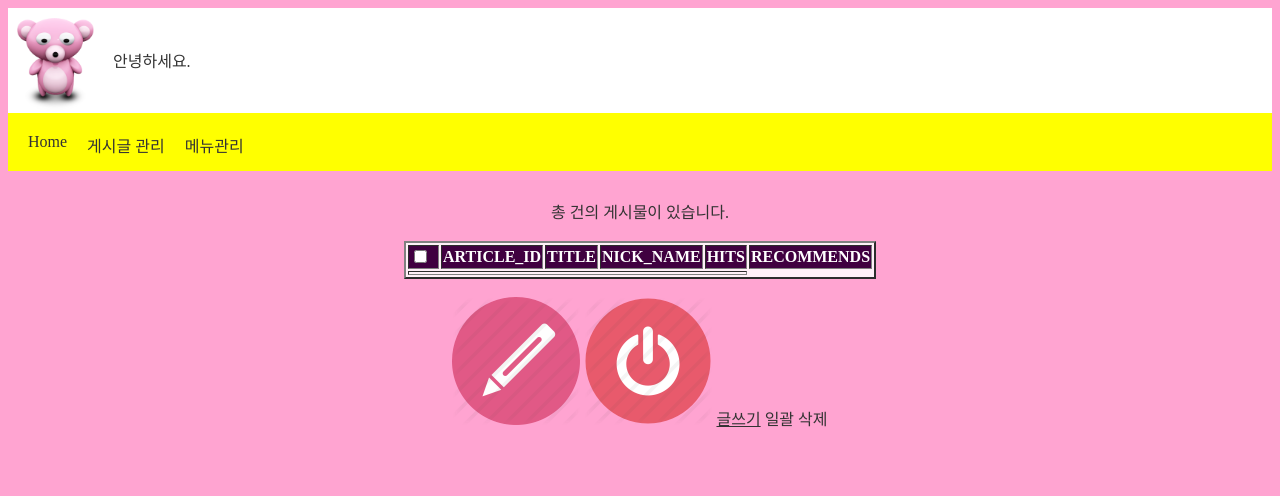
Repository: BaekJiGyeong/JSP_web
Page: http://localhost/Article-admin/WEB-INF/view/article/list.jsp
The author's editor kept a copy of each file at every save. The page is drawn from the files as they stood at one save, then again after a run of saves.
The browser window is 1280 px wide. The pictures show the whole page.
The page is served by Tomcat 9. Nobody is signed in. Other server files are loaded and not shown. The template is opened directly, without the code that normally fills it, so the values that code supplies are empty.

Above is the page before, as saved 2016-03-15 06:39:35.

### Article-admin/WebContent/WEB-INF/view/article/list.jsp
<%@ page language="java" contentType="text/html; charset=UTF-8"
    pageEncoding="UTF-8"%>

<%@taglib prefix="c" uri="http://java.sun.com/jsp/jstl/core" %>
<jsp:include page="/WEB-INF/view/common/header.jsp"></jsp:include>
<!DOCTYPE html>
<html>
<head>
<meta http-equiv="Content-Type" content="text/html; charset=UTF-8">
<title>Insert title here</title>
</head>

<script type="text/javascript">
	$(document).ready(function(){
		$("#massiveSelectCheckBox").click(function(){
			 var isChecked = $(this).prop("checked");
			 $(".deleteArticleId").prop("checked",isChecked);
		});


		$("#massiveDeleteBtn").click(function(){
			var isChecked = false;

			$(".deleteArticleId").each(function(index,data){

				if (data.checked ) {
					isChecked = data.checked
				}
			});

			 if (!isChecked){
			alert("삭제할 대상을 선택하세요");
			return;
		}
			if(confirm("정말 삭제하시겠습니까?")){
				var form=$("#massiveDeleteForm");
				form.attr("method", "POST");
				form.attr("action", "<c:url value="/massiveDelete"/>");
				form.submit();
			}
		});
	});
</script>

<body>
<div id="listcss" align="center">
<br/>
 총 ${articles.paging.totalArticleCount} 건의 게시물이 있습니다.
<br/><br/>

<table border="2">
	<tr>
		<th><input type="checkbox" id="massiveSelectCheckBox"/></th>
		<th>ARTICLE_ID</th>
		<th>TITLE</th>
		<th>NICK_NAME</th>
		<th>HITS</th>
		<th>RECOMMENDS</th>
	</tr>

<form id="massiveDeleteForm">
<c:forEach items="${ articles.articleList }" var="articles">
	<tr>
		<td>
			<input type="checkbox" class="deleteArticleId"
					name = "deleteArticleId"
					value ="${articles.articleId }"/>
		</td>
		<td>${ articles.articleId }</td>
		<td>
			<a href="<c:url value="/detail?articleId=${articles.articleId }"/>">
				${ articles.title }
			</a>
			<c:if test="${articles.fileCount gt 0 }">
				[${articles.fileCount}개의 첨부파일 있음]
			</c:if>
		</td>
		<td>${ articles.nickName }</td>
		<td>${ articles.hits }</td>
		<td>${ articles.recommends }</td>
</tr>
</c:forEach>
</form>

<tr>
	<td colspan="5">
		<form id="searchForm">
		${articles.paging.getPagingList("pageNo","[@]","[이전]", "[다음]", "searchForm")}
		</form>
	</td>
</tr>
</table>
<br/>
<a href="<c:url value="/write"/>"><img src="<c:url value="/resource/img/write.png"/>" id="btnWrite" /></a>
<a href="<c:url value="/logout"/>"><img src="<c:url value="/resource/img/exit.png"/>" id="btnExit" /></a>

<a href="<c:url value="/write"/>">글쓰기</a>
<span id="massiveDeleteBtn" >일괄 삭제</span>


</br>
</div>

<jsp:include page="/WEB-INF/view/common/footer.jsp"></jsp:include>

### Article-admin/WebContent/WEB-INF/view/common/header.jsp
<%@ page language="java" contentType="text/html; charset=UTF-8"
    pageEncoding="UTF-8"%>
<%@ taglib prefix="c" uri="http://java.sun.com/jsp/jstl/core" %>
<!DOCTYPE html>
<html>
<head>
<meta http-equiv="Content-Type" content="text/html; charset=UTF-8">
<link rel="stylesheet" type="text/css" href="<c:url value="/resource/css/header.css"/>"/>
<link rel="stylesheet" type="text/css" href="<c:url value="/resource/css/login.css"/>"/>
<script type="text/javascript" src="<c:url value="/resource/js/jquery-1.12.1.js"/>"></script>


<title>관리자페이지</title>
</head>
<body>

	<div id="wrapper">

		<div id="header">


			<a href="<c:url value="/list"/>"><img src="<c:url value= "/resource/img/icon.png"/>"></a> <div>안녕하세요.</div>

		</div>
		<div class="clear"></div>
		<jsp:include page="/WEB-INF/view/common/topMenu.jsp"></jsp:include>
		<div class="clear"></div>

### Article-admin/WebContent/WEB-INF/view/common/topMenu.jsp
<%@ page language="java" contentType="text/html; charset=UTF-8"
    pageEncoding="UTF-8"%>
<div id="topNavi">
	<ul id="topMenu">
		<li>Home</li>
		<li>게시글 관리</li>
		<li>메뉴관리</li>
	</ul>
</div>

### Article-admin/WebContent/WEB-INF/view/common/footer.jsp
<%@ page language="java" contentType="text/html; charset=UTF-8"
    pageEncoding="UTF-8"%>

	</div>
</body>
</html>

### Article-admin/WebContent/resource/css/header.css
@CHARSET "UTF-8";

body, input, div, span, p, a, td, th, caption, lable, h1, h2, h3, h4, h5, h6, textarea, iframe, ul, al, li, dd, dt, b, u, i, strong, pre, code, address, city, header, aside{
	color:#333333;
	font-family: "나눔바른고딕", "나눔고딕", "돋움체";
	font-size: 12pt;

}

table {
	background-color: #fff0f8;

}


img {
	/* 이미지 주변의 파란 줄 제거 */
	border: none;
}


body {
	background-color: #ffa4d1;
}

input {
	margin-right: 10px;
}
th {
	background-color: #400040;
	color:#ffffff;
}

div#wrapper {
	width: 100%;
	background-color: #FFFFFF;
}

div#header img {
	width: 95px;
	height: 95px;
	float: left;
	margin-top :10px;
	margin-right: 10px;
}

div#header div {
	padding-top: 40px;
	float: left;
}

div#listcss {
	background-color: #ffa4d1;
	padding : 10px;
}
div#reply{
	width: 50%;
}
ul#topMenu li{
	margin-left:20px;
	float:left;

}
ul#topMenu li:FIRST-CHILD{
	margin-left:0px;

}

div#topNavi ul#topMenu{
	list-style:none;
	display: inline;
	margin-left: 30px;
}
div#topNavi{
	padding-left: 20px;
	padding-top: 20px;
	padding-bottom: 20px;
	background-color: #ffff00;
}
div.clear{
	clear: both;
}

### Article-admin/WebContent/resource/css/login.css
@CHARSET "UTF-8";


#btnLogin{
	height:40px;
	float:right;
	margin-right:10px;
}
#btnJoin{
	height:40px;
	float:right;
	margin-right:10px;

}


div#login {
	text-align:right;
}


div#login input{
	margin-bottom:10px;
	float:right;
}

Loaded but not shown: Article-admin/WebContent/resource/js/jquery-1.12.1.js (library)

After the next 2 saves:
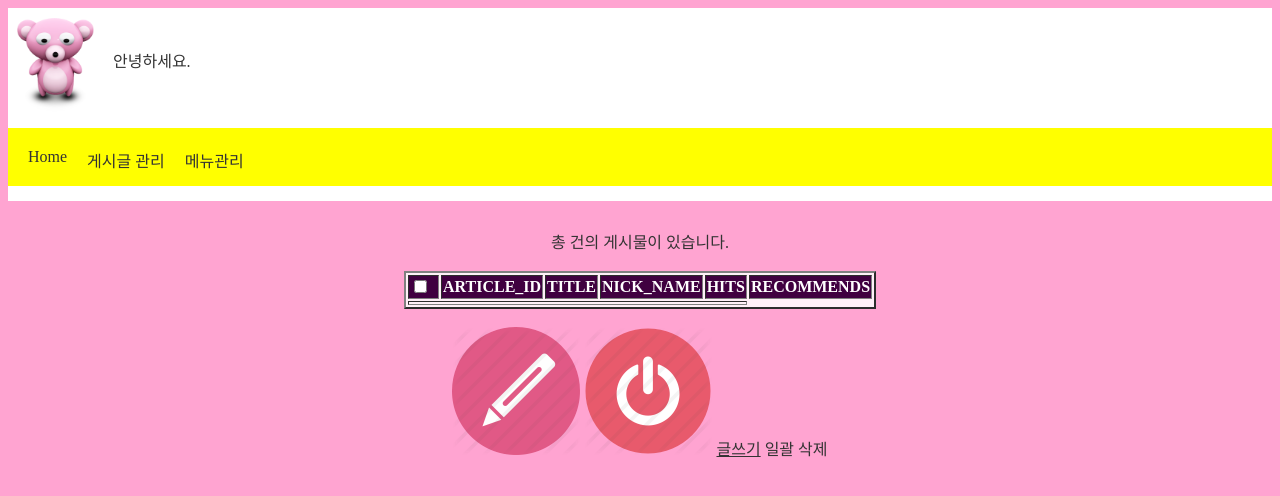
The 2 saves are shown as one change because they came seconds apart.
The last was saved 41 s later.
--- a/Article-admin/WebContent/resource/css/header.css
+++ b/Article-admin/WebContent/resource/css/header.css
@@ -75,6 +75,8 @@ div#topNavi{
 	padding-left: 20px;
 	padding-top: 20px;
 	padding-bottom: 20px;
+	margin-top: 15px;
+	margin-bottom: 15px;
 	background-color: #ffff00;
 }
 div.clear{
